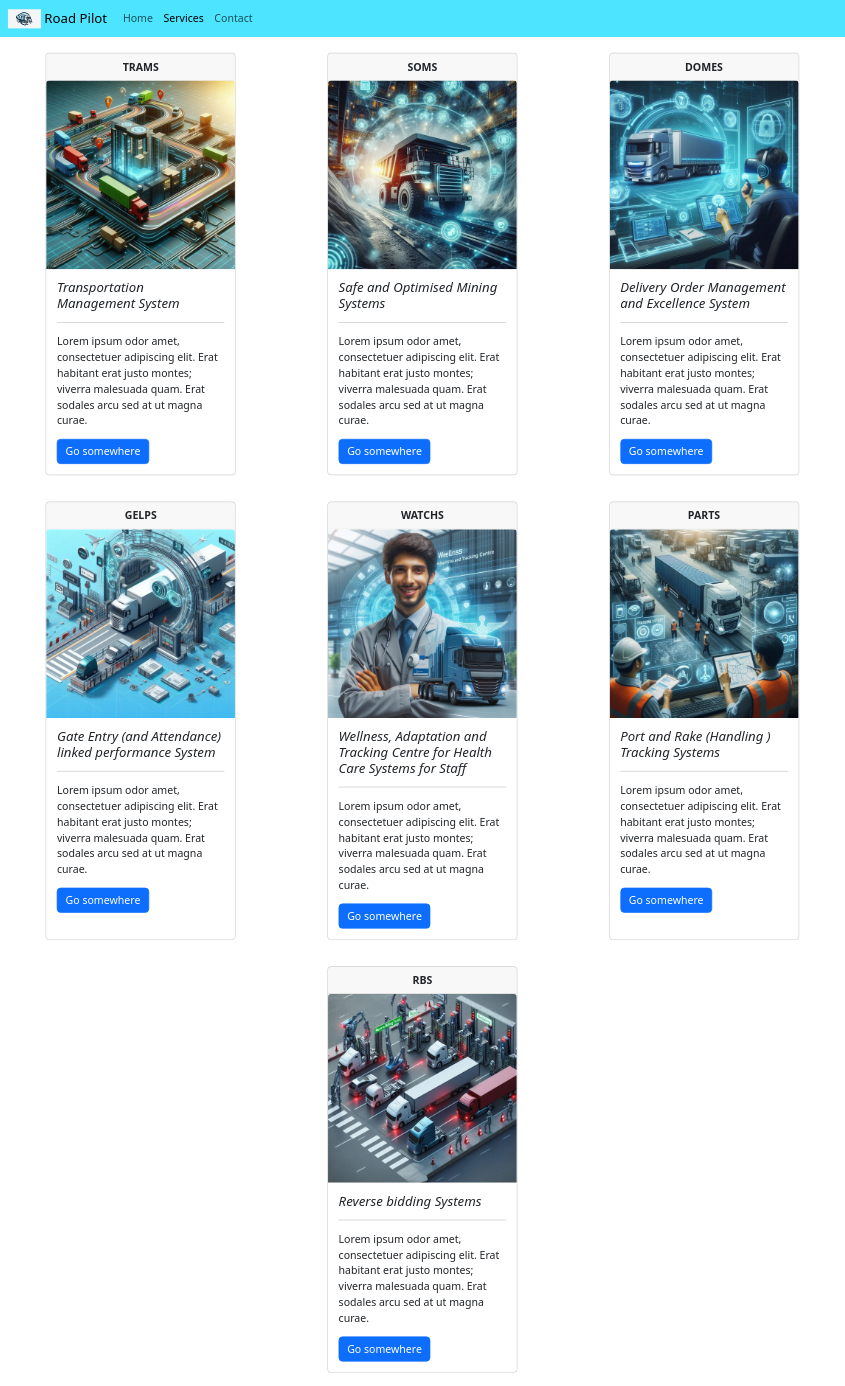
Repository: VictoriousMango/WebCreator
Page: pages/Services.html
An editor plug-in stored every save of this project. The page is shown before and after the next save, followed by the edit.
The browser window is 1280 px wide. The pictures show the whole page, at 66% of full size.

Above is the page before, as saved 2024-11-09 12:15:18.

After the next save:
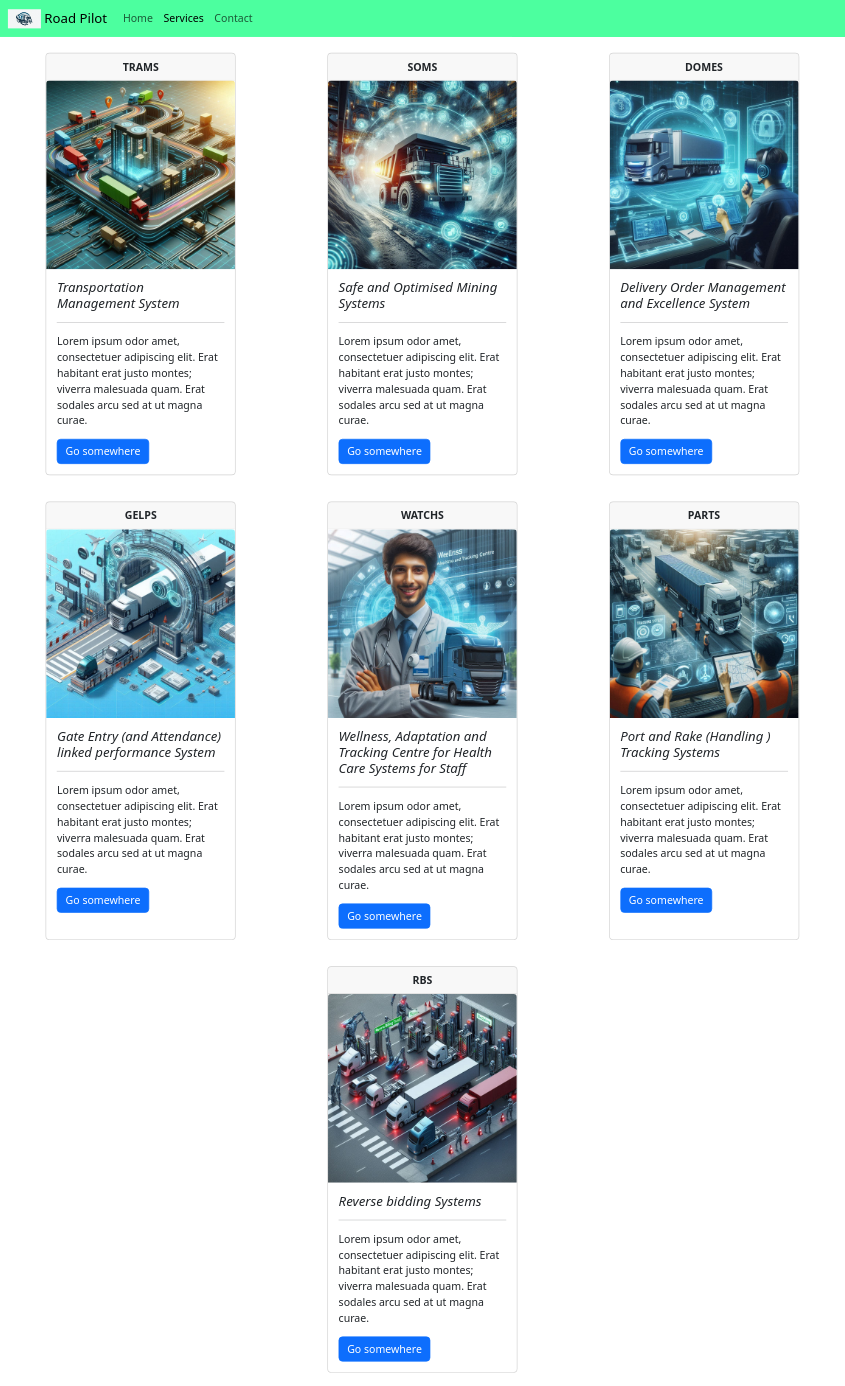
Saved 14 s later.
--- a/assets/css/services.css
+++ b/assets/css/services.css
@@ -1,5 +1,5 @@
 .navbar {
-    background-color: rgba(0, 217, 255, 0.7);
+    background-color: rgba(0, 255, 119, 0.7);
     position: fixed; /* Make the navbar fixed */
     top: 0; /* Stick to the top */
     width: 100%; /* Full width */
